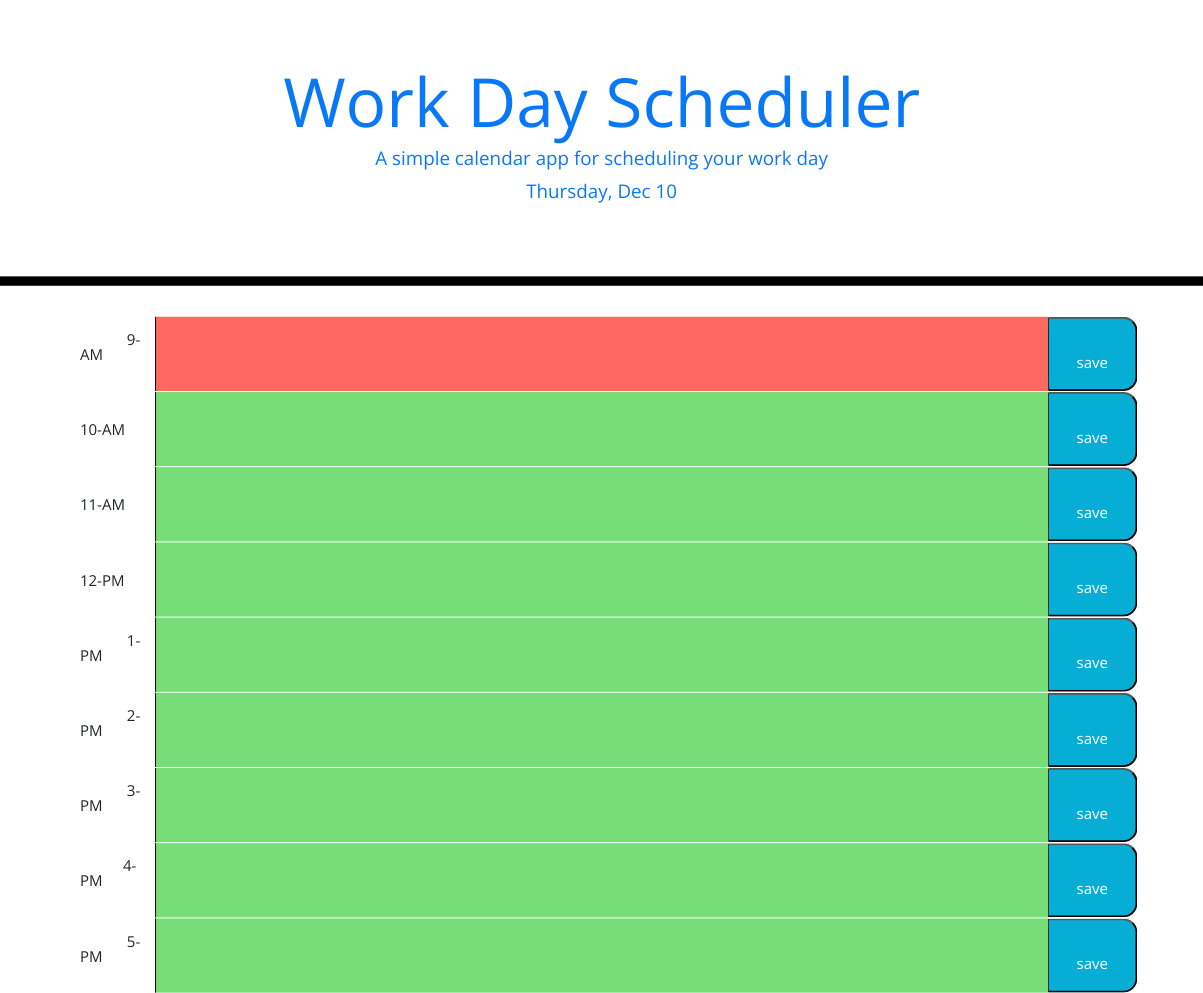
Repository: Mf948/DailyPlannerJS
Page: Develop/index.html
An editor plug-in stored every save of this project. The page is shown before and after the next save, followed by the edit.
The browser window is 1280 px wide. The pictures show the whole page, at 94% of full size.
Some web libraries are served in a nearby version.

Above is the page before, as saved 2020-12-10 10:02:36.

After the next save:
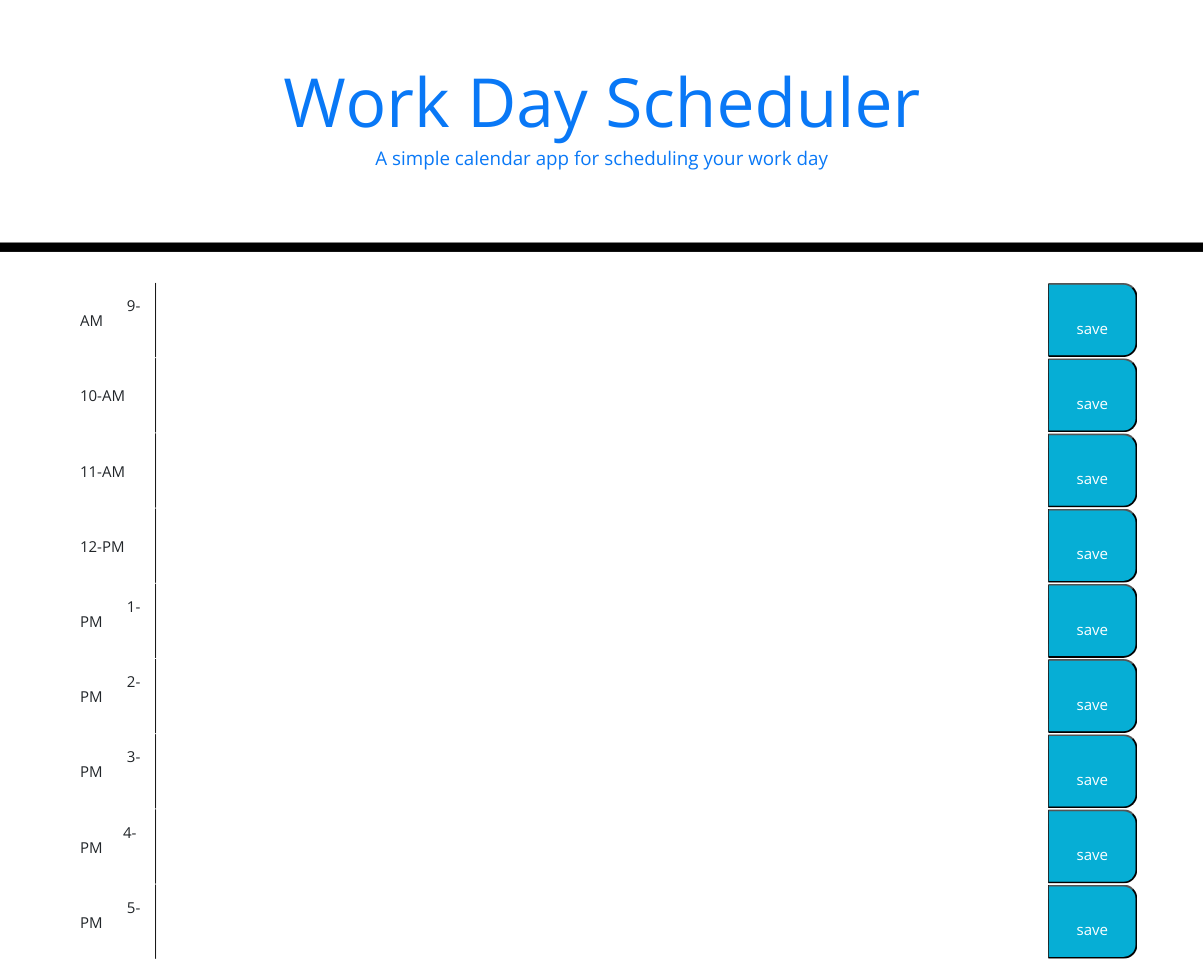
Console error: SyntaxError: Unexpected token '}'
Saved 6 s later.
--- a/Develop/script.js
+++ b/Develop/script.js
@@ -29,7 +29,7 @@
 
     //local storage list to button event - save to text area value along with the id into local storage
   $(".saveBtn").click(function(){
-  $(".col-10")
+  $(".col-10").
  })
 
 

After the 2 saves that followed:
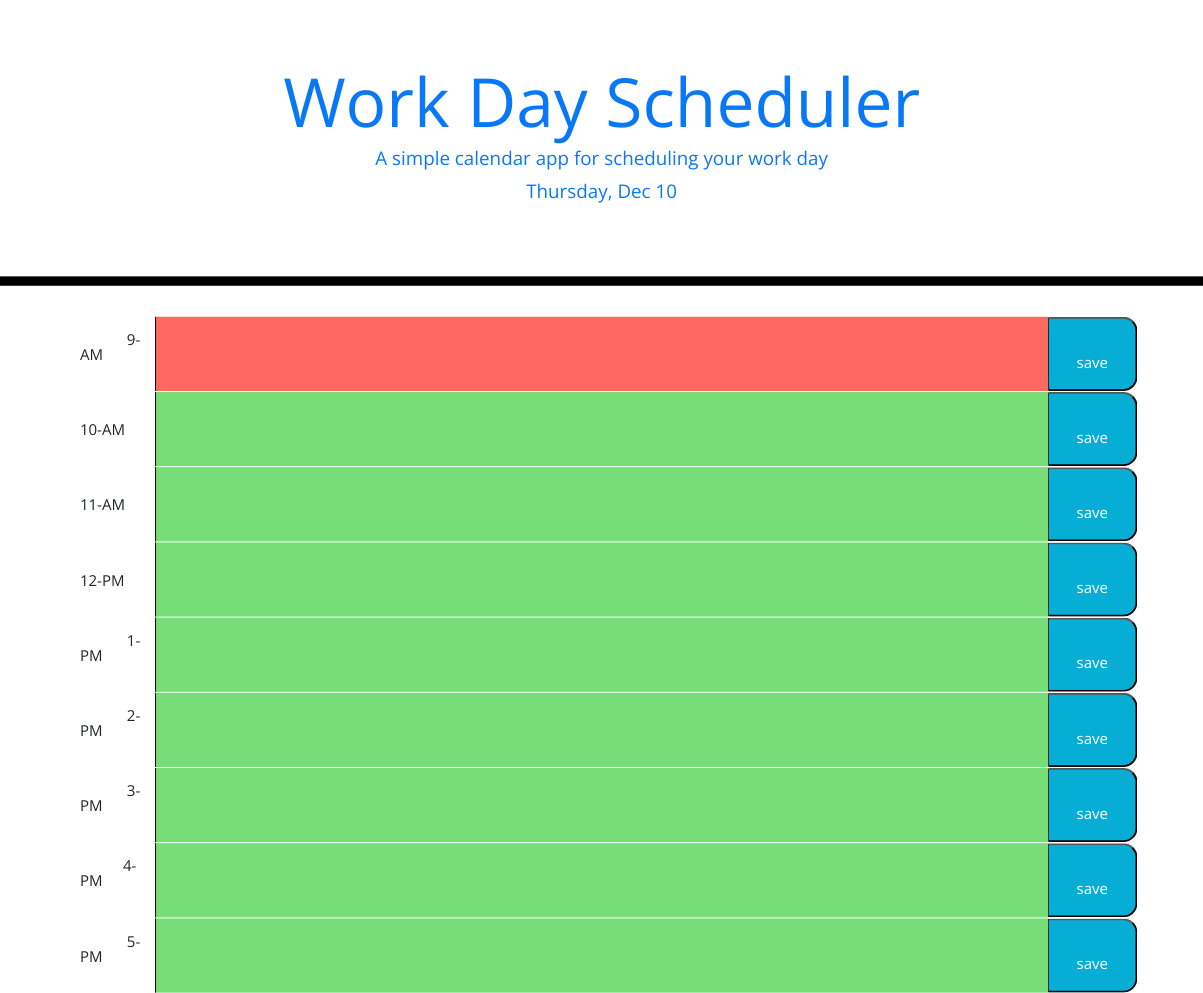
The error is gone.
The 2 saves are shown as one change because they came seconds apart.
The last was saved 7 s later.
--- a/Develop/script.js
+++ b/Develop/script.js
@@ -29,7 +29,7 @@
 
     //local storage list to button event - save to text area value along with the id into local storage
   $(".saveBtn").click(function(){
-  $(".col-10").
+  $(".col-10").text
  })
 
 
